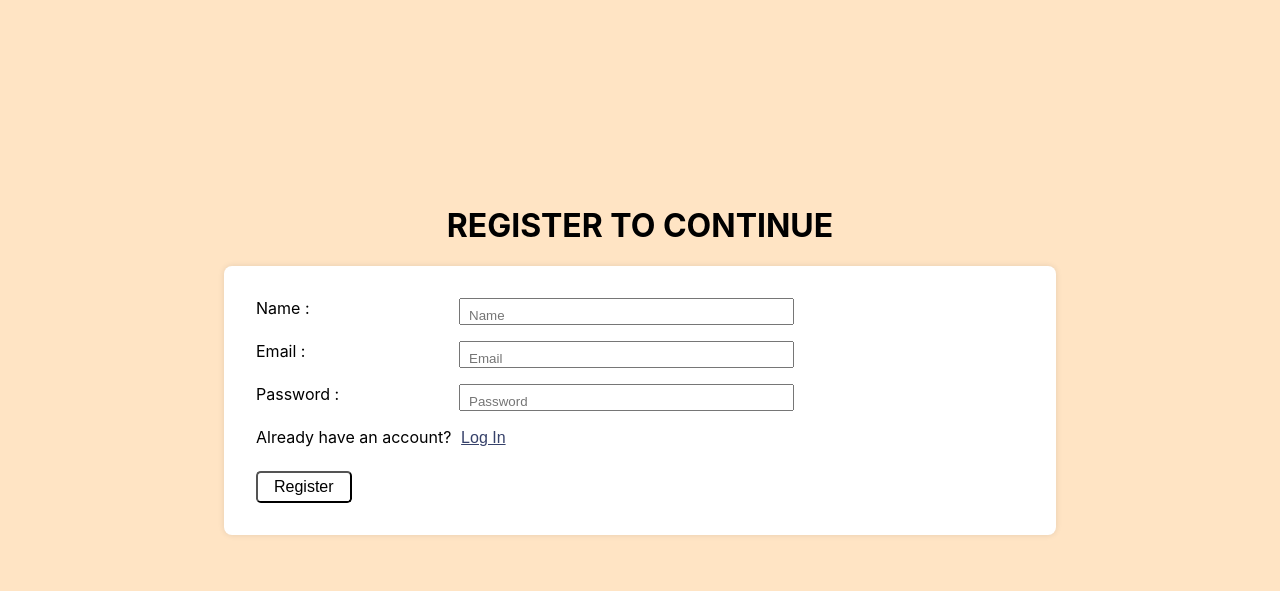
Repository: drumsmanku/test-1
Page: /register (app in client/)
These files come from the project's save history. The page is drawn as it stood at one moment and after the next save; the edit follows.
The browser window is 1280 px wide. The pictures show the whole page.
The project was rebuilt for these pictures with package versions that can differ from the ones it lists, and the page was loaded fresh each time. Also part of the build but not shown: client/src/App.css, client/src/Components/Login/Login.module.css, client/src/Components/Login/Login.js.

Above is the page before, as saved 2023-08-31 11:09:43.

### client/src/App.js
import './App.css';
import {BrowserRouter as Router, Route, Routes} from 'react-router-dom';
import Login from './Components/Login/Login';
import Register from './Components/Register/Register';

function App() {
  return (
    <div className="App">
      <Router>
        <Routes>
          <Route path='/' element={<Login/>}/>
          <Route path='/register' element={<Register/>}/>
        </Routes>
      </Router>
    </div>
  );
}

export default App;

### client/src/Components/Register/Register.js
import React from 'react';
import styles from './Register.module.css';
import { useState } from 'react';
import { useNavigate } from 'react-router-dom';
import axios from 'axios';


function Register() {
  const navigate = useNavigate();
  const [check, setCheck]=useState(true)
  const [user, setUser]=useState({
    name:'',
    email:'',
    password:'',
  });
  const handleChange =(event)=>{
    setUser({
      ...user,
      [event.target.name]:event.target.value
    });
  };
  const register=(event)=>{
    event.preventDefault();
    axios.post('http://localhost:4000/register', user)
    .then(res=>{
      localStorage.setItem('token', res.data.token);
      localStorage.setItem('user', res.data.name);
      const tokenData=localStorage.getItem('token');
      if(tokenData!=='undefined'){
        setCheck(true);
        navigate('/recording')
      }
      else{
        setCheck(false);
      }
    })
  }
  return (
    <div className={styles.container}>
      <h1>REGISTER TO CONTINUE</h1>
      <div className={styles.registerContainer}>
        <form style={{ width:'100%', display:'flex', flexDirection:'column'}}>

            <div style={{marginBottom:'1rem', width:'70%', display:'flex', justifyContent:'space-between'}}>
              <label htmlFor="name">Name :</label>
              <input type="text" name='name' value={user.name} onChange={handleChange}  placeholder='Name' style={{width:'60%',marginLeft:'2rem' }} />
            </div>

            <div style={{marginBottom:'1rem', width:'70%', display:'flex', justifyContent:'space-between'}}>
              <label htmlFor="email">Email :</label>
              <input type="email" name='email' value={user.email} onChange={handleChange}  placeholder='Email' style={{width:'60%',marginLeft:'2rem' }} />
            </div>

            <div style={{marginBottom:'1rem', width:'70%', display:'flex', justifyContent:'space-between'}}>
              <label htmlFor="password">Password :</label>
              <input type="password" name='password' value={user.password} onChange={handleChange}  placeholder='Password' style={{width:'60%',marginLeft:'2rem' }} />
            </div>

            <span style={{marginBottom:'1.5rem'}}>Already have an account?<button style={{background:'none', color:'#36416A', fontSize:'medium', marginLeft:0, padding:0, width:'4rem', cursor:'pointer', border:'none', textDecoration:'underline'}} onClick={()=>{navigate('/')}}>Log In</button> </span>

            <div>
              <button className={styles.button} onClick={register} type='submit'> Register</button>
            </div>
            {
              !check && (<p>Account already exist, Please login</p>)
            }
        </form>

      </div>
    </div>
  )
}

export default Register

### client/src/Components/Register/Register.module.css
.container{
  background-color: bisque;
  height: 100vh;
  width: 100%;
  display: flex;
  align-items: center;
  justify-content: center;
  flex-direction: column;
}
.registerContainer{
  width: 60%;
  display: flex;
  background-color: white;
  box-shadow: 0 0 0.4rem 	rgb(0,0,0, 0.1);
  border-radius: 0.5rem;
  padding: 2rem;
  justify-content: center;

}
.button{
  background: none;
  border-radius: 0.3rem;
  height: 2rem;
  padding:0 1rem 0 1rem;
  font-size: medium;
  cursor: pointer;
}
input{
  padding: 0.5rem 0 0 0.5rem;
}

Loaded but not shown: client/public/index.html (common file); client/src/index.js (common file); client/src/index.css (common file)

After the next save:
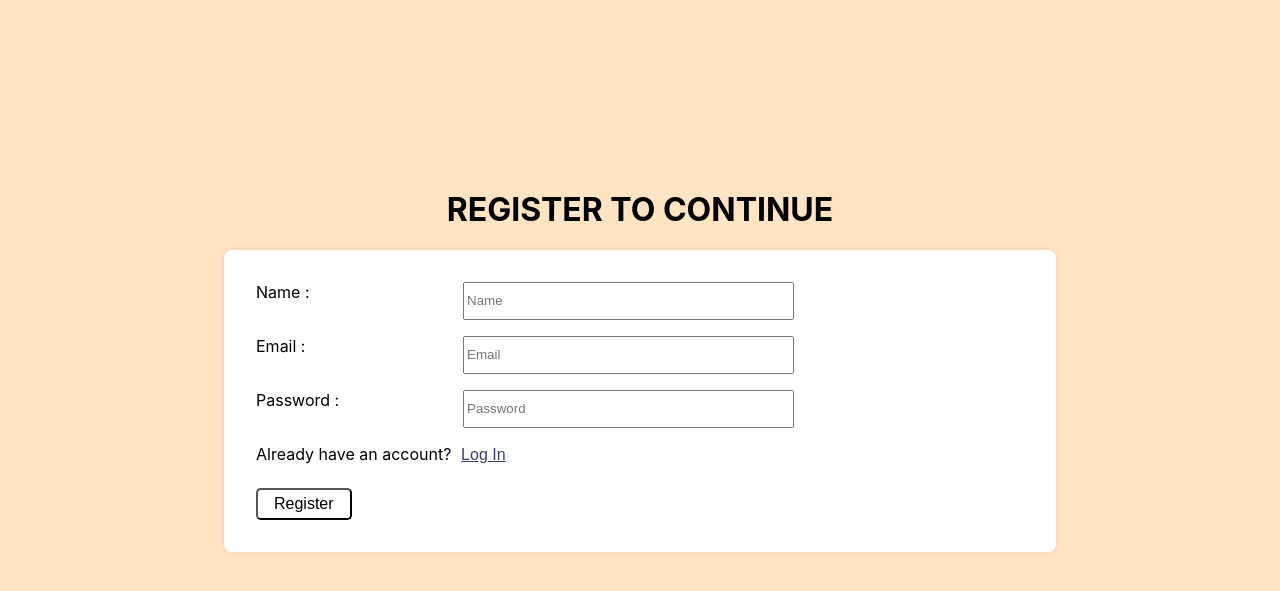
Saved 26 s later.
--- a/client/src/Components/Register/Register.module.css
+++ b/client/src/Components/Register/Register.module.css
@@ -26,5 +26,5 @@
   cursor: pointer;
 }
 input{
-  padding: 0.5rem 0 0 0.5rem;
+  height: 2rem;
 }
